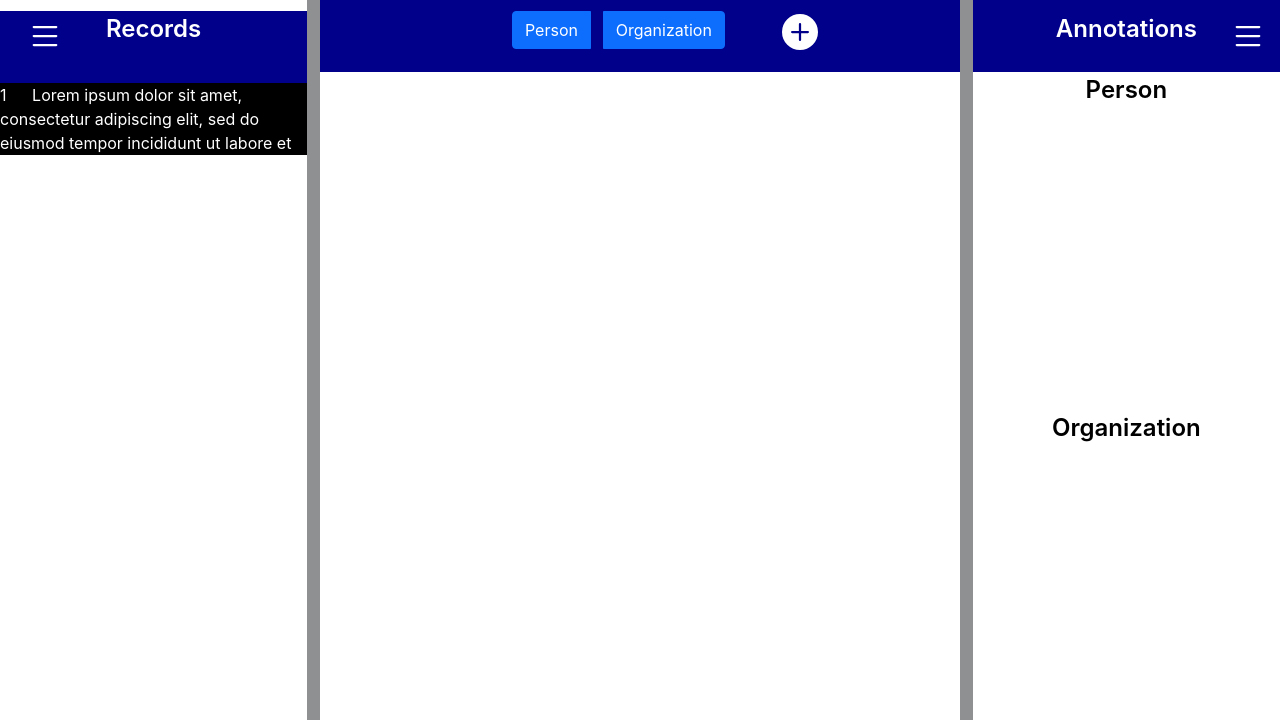
Repository: napan24/classforma_assignment
Page: / (app in client/)
An editor plug-in stored every save of this project. The page is shown before and after the next save, followed by the edit.
The browser window is 1280 px wide. The pictures show the whole page.
The project was rebuilt for these pictures with package versions that can differ from the ones it lists, and the page was loaded fresh each time. Also part of the build but not shown: client/src/App.css.

Above is the page before, as saved 2022-07-20 18:49:42.

After the next save:
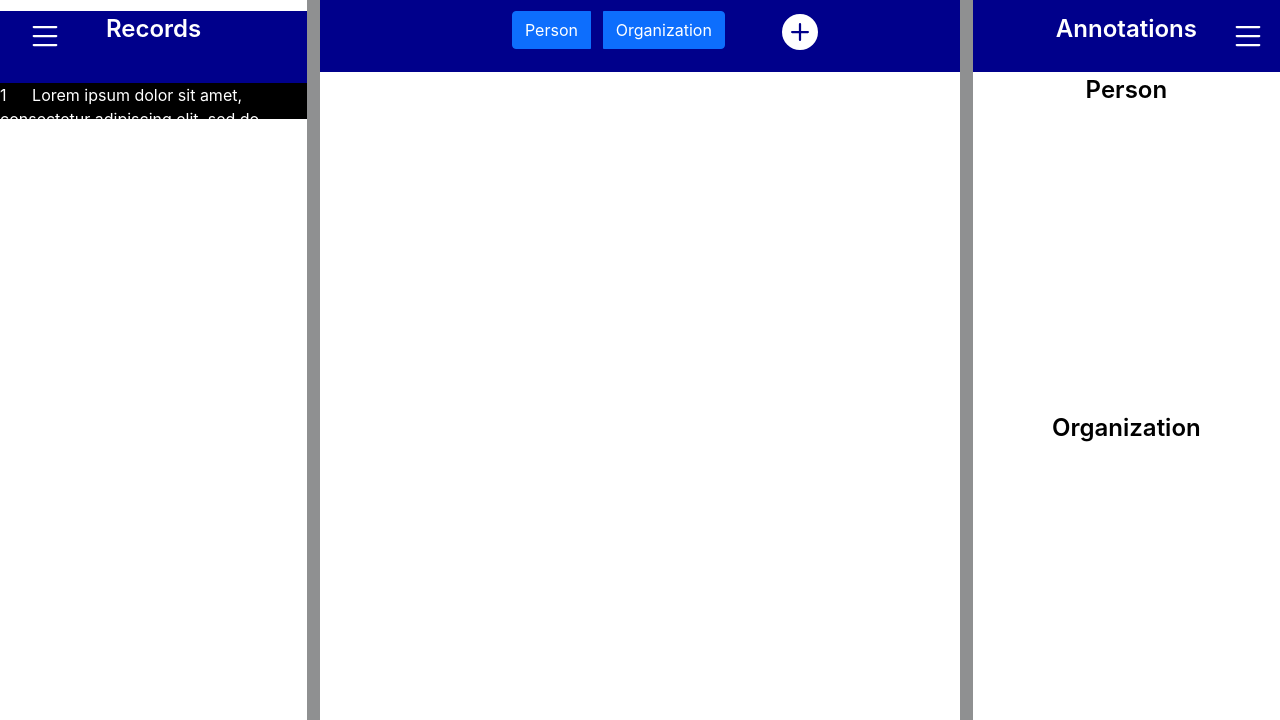
Saved 9 s later.
--- a/client/src/Home.js
+++ b/client/src/Home.js
@@ -107,7 +107,7 @@ const Home = () => {
                     <svg onClick={() => { showLeftComponent() }} style={{ width: "5vw", height: "5vh", position: 'absolute', left: "1vw", top: "2.5vh", color: 'white' }} xmlns="http://www.w3.org/2000/svg" fill="currentColor" class="bi bi-list" viewBox="0 0 16 16">
                         <path fill-rule="evenodd" d="M2.5 12a.5.5 0 0 1 .5-.5h10a.5.5 0 0 1 0 1H3a.5.5 0 0 1-.5-.5zm0-4a.5.5 0 0 1 .5-.5h10a.5.5 0 0 1 0 1H3a.5.5 0 0 1-.5-.5zm0-4a.5.5 0 0 1 .5-.5h10a.5.5 0 0 1 0 1H3a.5.5 0 0 1-.5-.5z" />
                     </svg>
-                    <div style={{ width: "24vw", height: "10vh", backgroundColor: "black",overflow:"hidden",color:"white" }}>
+                    <div style={{ width: "24vw", height: "5vh", backgroundColor: "black",overflow:"hidden",color:"white" }}>
                         <span>
                             1
                         </span>

After the save that followed:
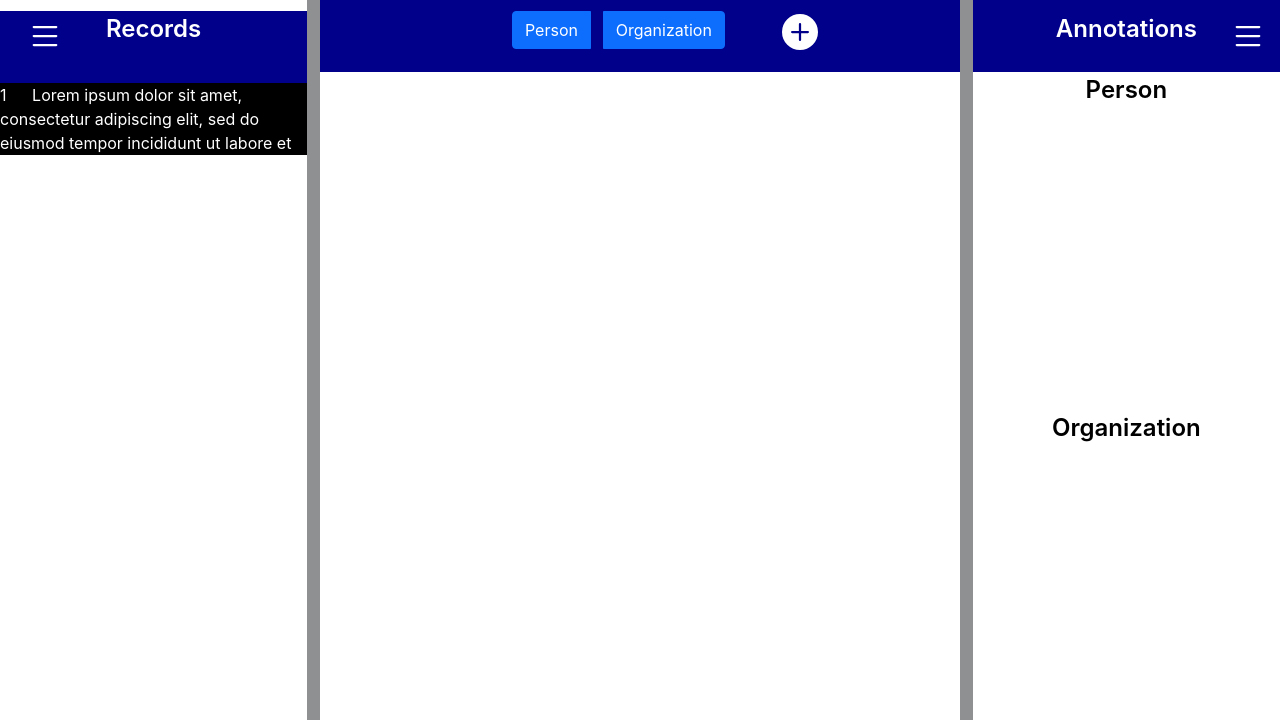
Saved 18 s later.
--- a/client/src/Home.js
+++ b/client/src/Home.js
@@ -107,11 +107,11 @@ const Home = () => {
                     <svg onClick={() => { showLeftComponent() }} style={{ width: "5vw", height: "5vh", position: 'absolute', left: "1vw", top: "2.5vh", color: 'white' }} xmlns="http://www.w3.org/2000/svg" fill="currentColor" class="bi bi-list" viewBox="0 0 16 16">
                         <path fill-rule="evenodd" d="M2.5 12a.5.5 0 0 1 .5-.5h10a.5.5 0 0 1 0 1H3a.5.5 0 0 1-.5-.5zm0-4a.5.5 0 0 1 .5-.5h10a.5.5 0 0 1 0 1H3a.5.5 0 0 1-.5-.5zm0-4a.5.5 0 0 1 .5-.5h10a.5.5 0 0 1 0 1H3a.5.5 0 0 1-.5-.5z" />
                     </svg>
-                    <div style={{ width: "24vw", height: "5vh", backgroundColor: "black",overflow:"hidden",color:"white" }}>
+                    <div style={{ width: "24vw", height: "10vh", backgroundColor: "black",overflow:"hidden",color:"white" }}>
                         <span>
                             1
                         </span>
-                        <span style={{height:"5vh",width:"20vw",marginLeft:"2vw"}}>
+                        <span style={{height:"10vh",width:"20vw",marginLeft:"2vw"}}>
                             Lorem ipsum dolor sit amet, consectetur adipiscing elit, sed do eiusmod tempor incididunt ut labore et dolore magna aliqua. Ut enim ad minim veniam, quis nostrud exercitation ullamco laboris nisi ut aliquip ex ea commodo consequat. Duis aute irure dolor in reprehenderit in voluptate velit esse cillum dolore eu fugiat nulla pariatur. Excepteur sint occaecat cupidatat non proident, sunt in culpa qui officia deserunt mollit anim id est laborum.
                         </span>
                     </div>
